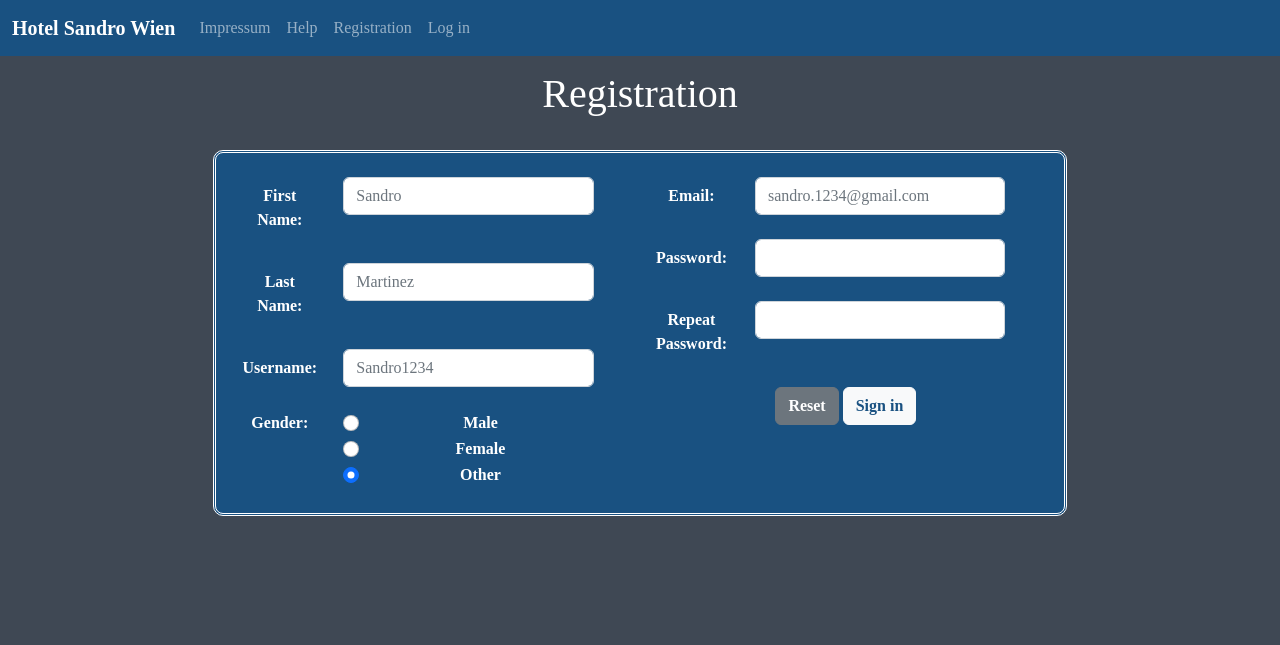
Repository: TIS0N/Hotel_Sandro
Page: http://localhost/pages/registration.php
These files come from the project's save history. The page is drawn as it stood at one moment and after the next save; the edit follows.
The browser window is 1280 px wide. The pictures show the whole page.
The page is run by PHP 8.4 with error messages shown; the project is at /var/www/html/.

Above is the page before, as saved 2022-10-11 18:09:10.

### pages/registration.php
<!DOCTYPE html>
<html lang="en">
<head>
    <meta charset="UTF-8">
    <meta http-equiv="X-UA-Compatible" content="IE=edge">
    <meta name="viewport" content="width=device-width, initial-scale=1.0">
    <link href="https://cdn.jsdelivr.net/npm/bootstrap@5.2.2/dist/css/bootstrap.min.css" rel="stylesheet" integrity="sha384-Zenh87qX5JnK2Jl0vWa8Ck2rdkQ2Bzep5IDxbcnCeuOxjzrPF/et3URy9Bv1WTRi" crossorigin="anonymous">
    <script src="https://cdn.jsdelivr.net/npm/bootstrap@5.2.2/dist/js/bootstrap.bundle.min.js" integrity="sha384-OERcA2EqjJCMA+/3y+gxIOqMEjwtxJY7qPCqsdltbNJuaOe923+mo//f6V8Qbsw3" crossorigin="anonymous"></script>
    <link rel="stylesheet" href="../res/css/stylesheet.css">
    <title>Hotel Sandro Wien - Sign In</title>
</head>
<body id="body">

<?php
include "../inc/navigation.php";
?>
    <h1>Registration</h1><br>


    <div id="formular" class="container tex-center col-8">
        <div class="row justify-content-center">
            <div class="container text-center">
                    <div class="row align-items-start">
                        <form action="./welcome.php">
                            <div class="container text-center">
                                <div class="row">
                                    <div class="col">
                                    <br><div class="row mb-4">
                                        <label for="fname" class="col-sm-3 col-form-label"><strong>First Name:</strong></label>
                                        <div class="col-sm-8">
                                            <input type="text" class="form-control" id="fname" placeholder="Sandro">
                                        </div>
                                    </div>
                                    <div class="row mb-4">
                                        <label for="lname" class="col-sm-3 col-form-label"><strong>Last Name:</strong></label>
                                        <div class="col-sm-8">
                                            <input type="text" class="form-control" id="lname" placeholder="Martinez">
                                        </div>
                                    </div>
                                    <div class="row mb-4">
                                        <label for="username" class="col-sm-3 col-form-label"><strong>Username:</strong></label>
                                        <div class="col-sm-8">
                                            <input type="text" class="form-control" id="username" placeholder="Sandro1234">
                                        </div>
                                    </div>

                                    <fieldset class="row mb-4">
                                        <legend class="col-form-label col-sm-3 pt-0"><strong>Gender:</strong></legend>
                                        <div class="col-sm-8">
                                        <div class="form-check">
                                            <input class="form-check-input" type="radio" name="gridRadios" id="male" value="option1" checked>
                                            <label class="form-check-label" for="male"><strong>Male</strong></label>
                                        </div>
                                        <div class="form-check">
                                            <input class="form-check-input" type="radio" name="gridRadios" id="female" value="option1" checked>
                                            <label class="form-check-label" for="female"><strong>Female</strong></label>
                                        </div>
                                        <div class="form-check">
                                            <input class="form-check-input" type="radio" name="gridRadios" id="other" value="option1" checked>
                                            <label class="form-check-label" for="other"><strong>Other</strong></label>
                                        </div>
                                    </fieldset>

                                </div>
                                <div class="col">
                                    <br><div class="row mb-4">
                                    <label for="email" class="col-sm-3 col-form-label"><strong>Email:</strong></label>
                                        <div class="col-sm-8">
                                            <input type="email" class="form-control" id="email" placeholder="sandro.1234@gmail.com">
                                        </div>
                                    </div>
                                    <div class="row mb-4">
                                        <label for="password" class="col-sm-3 col-form-label"><strong>Password:</strong></label>
                                            <div class="col-sm-8">
                                                <input type="password" class="form-control" id="password">
                                            </div>
                                    </div>
                                    <div class="row mb-4">
                                        <label for="password2" class="col-sm-3 col-form-label"><strong>Repeat Password:</strong></label>
                                        <div class="col-sm-8">
                                            <input type="password" class="form-control" id="password2">
                                        </div>
                                    </div>
                                    <button type="reset" class="btn btn-secondary"><strong>Reset</strong></button>
                                    <button type="submit" class="btn btn-light" style="color: #195181;"><strong>Sign in</strong></button><br><br>
                                    </div>
                                </div>
                            </div>
                        </form>
                    </div>
                </div>
            </div>
        </div>
    </div>
</body>
</html>

### inc/navigation.php
<?php
    if(file_exists("./index.php")){
        $includePath = ".";
    }
    else{
        $includePath = "..";
    }
?>

<div id="navBar">
        <nav class="navbar fixed-top navbar-expand-lg navbar-dark" style="background-color: #195181;">
            <div class="container-fluid">
                <a class="navbar-brand" href= <?php echo "$includePath/index.php"?> style="color: rgb(255, 255, 255);"><strong>Hotel Sandro Wien</strong></a>
                <button class="navbar-toggler" type="button" data-bs-toggle="collapse" data-bs-target="#navbarNav" aria-controls="navbarNav" aria-expanded="false" aria-label="Toggle navigation">
                    <span class="navbar-toggler-icon"></span>
                </button>
                <div class="collapse navbar-collapse" id="navbarNav">
                    <ul class="navbar-nav">
                        <li class="nav-item">
                            <a class="nav-link"href= <?php echo "$includePath/pages/impressum.php"?> class="navbar-brand">Impressum</a>
                        </li>
                        <li class="nav-item">
                            <a class="nav-link" href=<?php echo "$includePath/pages/help.php"?> class="navbar-brand">Help</a>
                        </li>
                        <li class="nav-item">
                            <a class="nav-link" href=<?php echo "$includePath/pages/registration.php"?> class="navbar-brand">Registration</a>
                        </li>
                        <li class="nav-item">
                            <a class="nav-link" href=<?php echo "$includePath/pages/login.php"?> class="navbar-brand">Log in</a>
                        </li>

                    </ul>
                </div>
            </div>
        </nav>
    </div>

### res/css/stylesheet.css
#body{
    background-color: rgb(63, 72, 84);
    color: rgb(255, 255, 255);
    padding-top: 70px;
    text-align: center;
    font-family: cursive;
}

#hotelSandroPhoto{
    width: 600px;
    height: 450px;
}

#formular{
    background-color: #195181;
    border-radius: 10px;
    border-color: rgb(255, 255, 255);
    border-style: double;
}

After the next save:
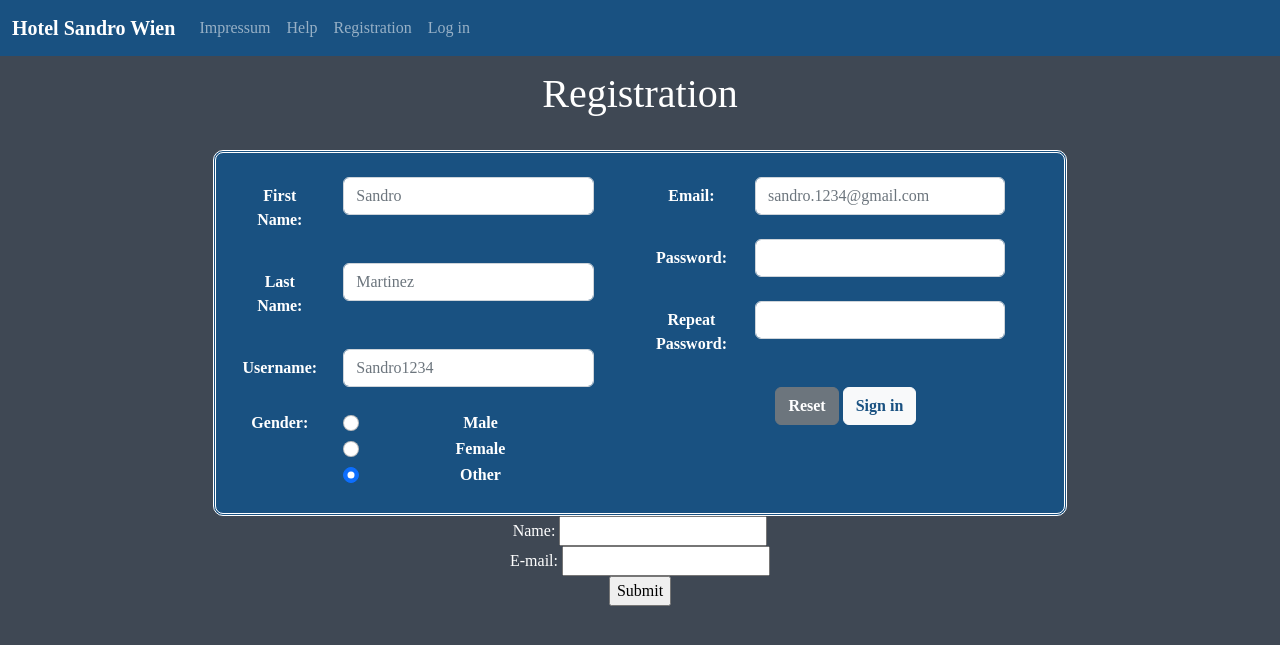
Saved 17 min 12 s later.
--- a/pages/registration.php
+++ b/pages/registration.php
@@ -92,5 +92,16 @@ include "../inc/navigation.php";
             </div>
         </div>
     </div>
+
+
+    <form action="welcome.php" method="post">
+        Name: <input type="text" name="name"><br>
+        E-mail: <input type="email" name="email"><br>
+        <input type="submit">
+    </form>
+
+
+
+
 </body>
 </html>
